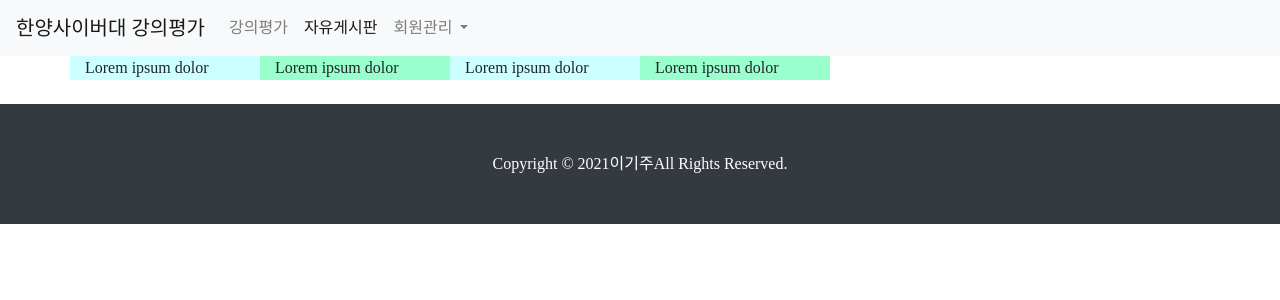
Repository: lkjjjang/hycu
Page: http://localhost/hycujjang/mobile.jsp
The author's editor kept a copy of each file at every save. The page is drawn from the files as they stood at one save, then again after the next save.
The browser window is 1280 px wide. The pictures show the whole page.
Some web fonts or font styles are not loaded; a fallback is used. The page is served by Tomcat 9. Nobody is signed in. The application's start-up code is not run.

Above is the page before, as saved 2022-01-02 09:00:59.

After the next save:
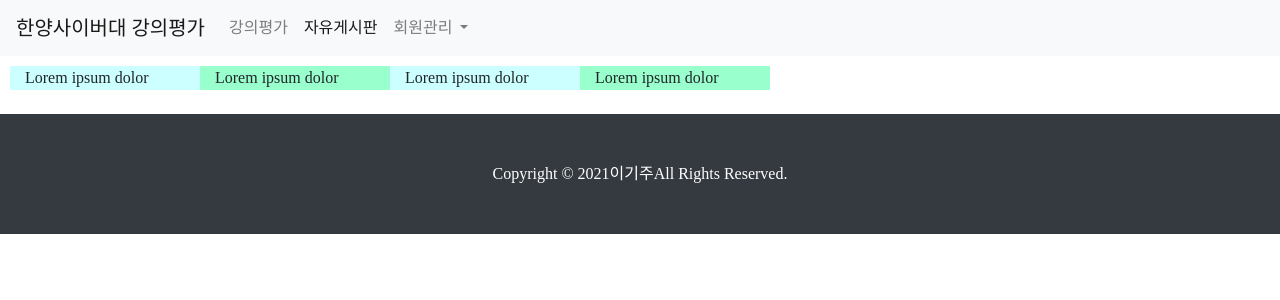
Saved 2 min 30 s later.
--- a/hycujjang/WebContent/mobile.jsp
+++ b/hycujjang/WebContent/mobile.jsp
@@ -46,7 +46,7 @@
 		</div>
 	</nav>
 
-	<div class="container">
+	<div class="container" style="margin: 10px 10px 10px 10px">
 		<div class="row">
 			<div class="col-sm-6 col-md-3 col-lg-2" style="background:#CFF">Lorem ipsum dolor</div>
 			<div class="col-sm-6 col-md-3 col-lg-2" style="background:#9FC">Lorem ipsum dolor</div>
